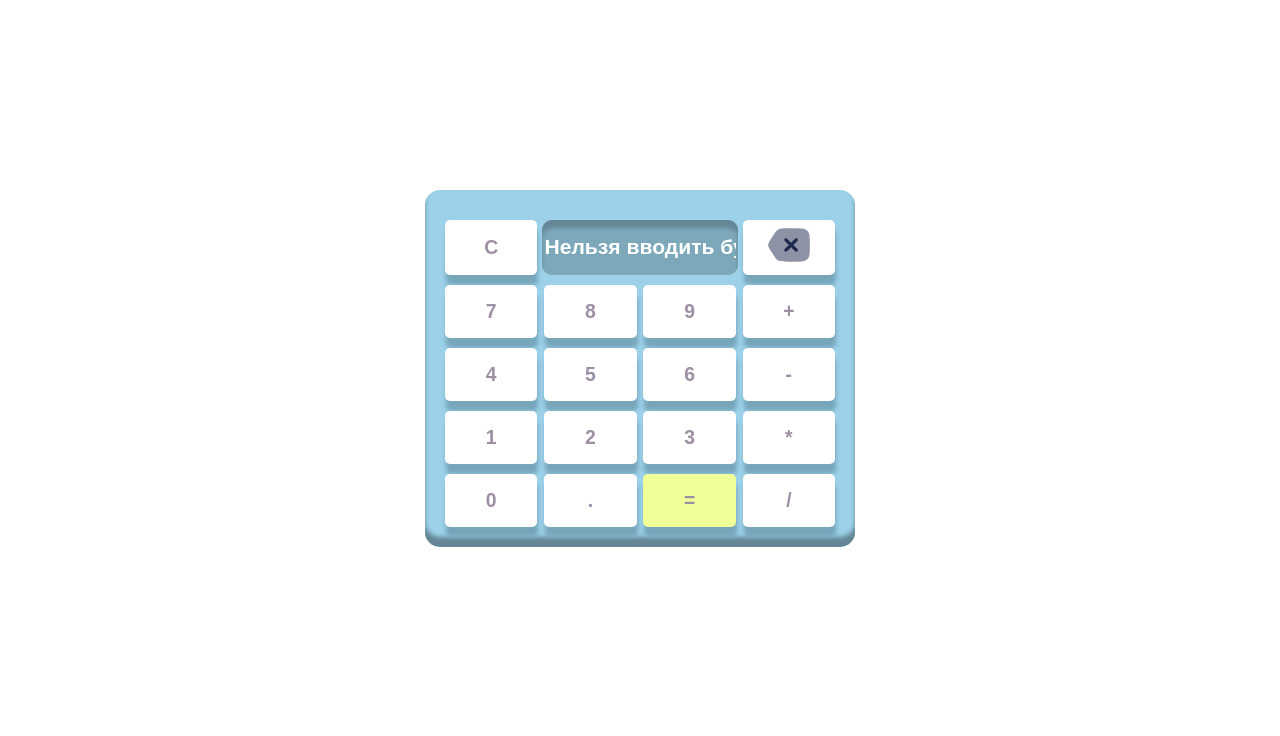
Repository: sem1103/calculator
Page: index.html
The author's editor kept a copy of each file at every save. The page is drawn from the files as they stood at one save, then again after the next save.
The browser window is 1280 px wide. The pictures show the whole page.
Empty fields were first filled with sample values (such as "Sample", 5 or name@example.com).
After loading, the first visible `#display` was changed once.

Above is the page before, as saved 2023-11-02 15:29:20.

### index.html
<!DOCTYPE html>
<html lang="en">

<head>
    <meta charset="UTF-8">
    <meta name="viewport" content="width=device-width, initial-scale=1.0">
    <title>Calc</title>
    <style>
        * {
            box-sizing: border-box;
            font: bold 1.1rem arial;
        }

        .calc__container {
            display: flex;
            justify-content: center;
            height: 100vh;
            align-items: center;
        }

        .calc__wrapper {
            max-width: 900px;
            background-color: #9cd1e9;
            padding: 20px;
            border-radius: 15px;
            box-shadow: inset 0px -10px 4px #658695;
        }

        .calc__display {
            box-shadow: inset 0px 8px 4px 0px #658695;
            background-color: #7da8ba;
            width: 50%;
            border-radius: 10px;
            border: 0;
            outline: 0;
            text-align: right;
            font-size: 1.2rem;
            color: #fff;
        }

        .calc__main,
        .calc__header {
            display: flex;
            flex-direction: row;
            flex-wrap: wrap;
            justify-content: space-between;
            row-gap: 10px;
            column-gap: 5px;

        }

        .calc__header {
            margin: 10px 0;
        }

        .sum {
            background-color: #f1ff98;
        }

        button {
            padding: 15px 5px;
            text-align: center;
            background-color: #fff;
            box-shadow: 1px 10px 4px #77a6bb;
            flex-basis: calc(25% - 5px);
            border: 0;
            border-radius: 5px;
            cursor: pointer;
            color: #9d8fa4;
            transition: all .1s ease-in-out;
        }

        button:active {
            box-shadow: 1px 0 4px #77a6bb;
            transform: translate(0, 3px);
        }

        button:hover {
            background-color: #d1d1d1;
        }

        .active {
            box-shadow: 1px 0 4px #77a6bb;
            transform: translate(0, 3px);
            background-color: #d1d1d1;
        }

        .backspace {
            padding: 0;
        }

        .little__font {
            font-size: .7rem;
        }
    </style>
</head>

<body>
    <div class="calc__container">
        <div class="calc__wrapper">
            <div class="calc__header">
                <button onclick="clearDisplay()">C</button>
                <input id="display" class="calc__display" type="text" placeholder="0" oninput="setValueHandle(this)">

                </input>
                <button class="backspace" onclick="backspace()" data-key="Backspace">
                    <svg width="50px" viewBox="0 0 24 24" fill="none" xmlns="http://www.w3.org/2000/svg">
                        <path opacity="0.5"
                            d="M6.87114 19.4986C7.80085 20 8.91458 20 11.142 20H13.779C17.6544 20 19.5921 20 20.7961 18.8284C22 17.6569 22 15.7712 22 12C22 8.22876 22 6.34315 20.7961 5.17157C19.5921 4 17.6544 4 13.779 4H11.142C8.91458 4 7.80085 4 6.87114 4.50143C5.94144 5.00286 5.35117 5.92191 4.17061 7.76001L3.48981 8.82001C2.4966 10.3664 2 11.1396 2 12C2 12.8604 2.4966 13.6336 3.48981 15.18L4.17061 16.24C5.35117 18.0781 5.94144 18.9971 6.87114 19.4986Z"
                            fill="#1C274C" />
                        <path
                            d="M11.0303 8.96967C10.7374 8.67678 10.2626 8.67678 9.96967 8.96967C9.67678 9.26256 9.67678 9.73744 9.96967 10.0303L11.9394 12L9.96969 13.9697C9.6768 14.2626 9.6768 14.7374 9.96969 15.0303C10.2626 15.3232 10.7375 15.3232 11.0304 15.0303L13 13.0607L14.9696 15.0303C15.2625 15.3232 15.7374 15.3232 16.0303 15.0303C16.3232 14.7374 16.3232 14.2625 16.0303 13.9697L14.0607 12L16.0303 10.0304C16.3232 9.73746 16.3232 9.26258 16.0303 8.96969C15.7374 8.6768 15.2626 8.6768 14.9697 8.96969L13 10.9394L11.0303 8.96967Z"
                            fill="#1C274C" />
                    </svg>
                </button>
            </div>
            <div class="calc__main">
                <button onkeydown="test(this)" onclick="setValueHandle(this)">7</button>
                <button onclick="setValueHandle(this)">8</button>
                <button onclick="setValueHandle(this)">9</button>
                <button onclick="setValueHandle(this)">+</button>
                <button onclick="setValueHandle(this)">4</button>
                <button onclick="setValueHandle(this)">5</button>
                <button onclick="setValueHandle(this)">6</button>
                <button onclick="setValueHandle(this)">-</button>
                <button onclick="setValueHandle(this)">1</button>
                <button onclick="setValueHandle(this)">2</button>
                <button onclick="setValueHandle(this)">3</button>
                <button onclick="setValueHandle(this)">*</button>
                <button onclick="setValueHandle(this)">0</button>
                <button onclick="setValueHandle(this)">.</button>
                <button onclick="calcSumm()" class="sum" data-key="Enter">=</button>
                <button onclick="setValueHandle(this)">/</button>
            </div>
        </div>
    </div>


    <script>
        let calcDisplay = document.getElementById('display');
        let buttons = document.querySelectorAll('button');

        function setValueHandle(e) {
            calcDisplay.classList.remove('little__font');
            if (/[a-zA-Zа-яА-ЯёЁ]/.test(calcDisplay.value)) {
                calcDisplay.classList.remove('little__font');
                calcDisplay.value = 'Нельзя вводить буквы!';
                return;
            } else if (/\b0+\d+/.test(calcDisplay.value) || /^[+\*/]/.test(calcDisplay.value)) {
                calcDisplay.value = 'Ошибка!';
                return;
            }
            calcDisplay.value += e.innerHTML;
        }

        function clearDisplay() {
            calcDisplay.classList.remove('little__font');
            calcDisplay.value = '';
        }

        function calcSumm() {
            let value = calcDisplay.value;


            value = value.replace(/\s/g, '');
            let operators = value.split('').filter(item => {
                if (item == '+' || item == '-' || item == '*' || item == '/') return item;
            })
            let numbers = value.split(/[+\-*/]/);
            let result = +numbers[0];

            // console.log(operators);
            // console.log(numbers);
            if (numbers[numbers.length - 1] == '') {
                calcDisplay.classList.add('little__font');
                calcDisplay.value = 'Ошибка!';
                return;
            } else if (/[\+\-\*\/]{2,}/.test(calcDisplay.value)) {
                calcDisplay.classList.add('little__font');
                calcDisplay.value = 'Два математических операций!';
                return;
            }



            operators.forEach((item, index) => {
                if (item == '+') {
                    result += +numbers[index + 1]
                } else if (item == '-') {
                    result -= numbers[index + 1]
                } else if (item == '/') {
                    if (+numbers[index + 1] === 0) {
                        calcDisplay.classList.add('little__font');
                        calcDisplay.value = 'На ноль делить нельзя!!';
                        throw new Error('infiniti');
                    } else result /= numbers[index + 1];

                } else result *= numbers[index + 1]
            });
            calcDisplay.value = result;

        }

        function backspace() {
            calcDisplay.value = calcDisplay.value.slice(0, -1)
        }


        document.body.addEventListener('keydown', (e) => {
            console.log(e);
            if (e.key >= 0 && e.key <= 9 || ['+', '-', '*', '/', '.'].includes(e.key) || e.key == 'Enter' || e.key == 'Backspace') {
                for(let i = 0; i < buttons.length; i++){

                }

                buttons.forEach(item => {
                    console.log(item.dataset.key);
                    console.log(e.key);
                    if(item.dataset.key == e.key & e.key == 'Enter'){
                        calcSumm();
                        showClickButton(item);
                    }
                    else if(item.dataset.key == e.key & e.key == 'Backspace'){
                        console.log(1);
                        backspace();
                        showClickButton(item);
                    }
                    else if (item.innerHTML == e.key) {
                        setValueHandle(item);
                        showClickButton(item);
                    }

                })
            }
        });

        function showClickButton(item) {
            item.classList.add('active');
            item.addEventListener('transitionend', () => {
                item.classList.remove('active')
            })
        }
    </script>
</body>

</html>

After the next save:
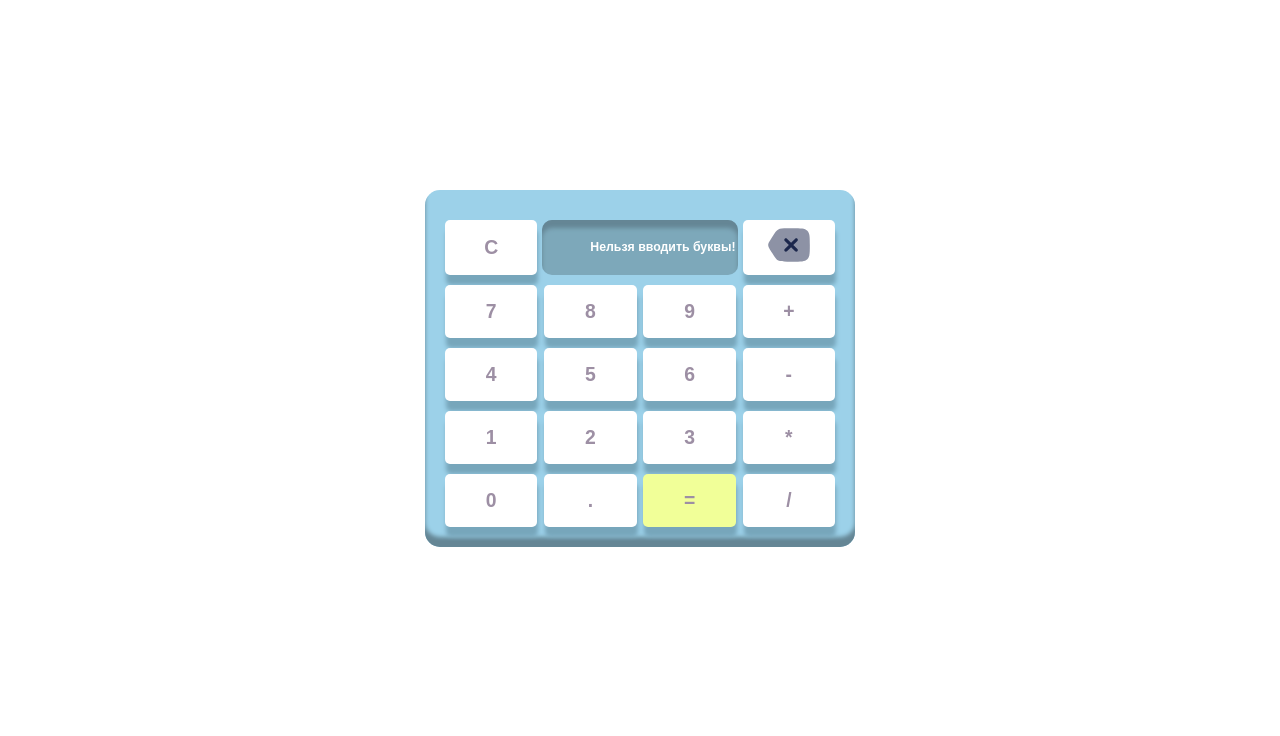
Saved 20 s later.
--- a/index.html
+++ b/index.html
@@ -143,7 +143,7 @@
         function setValueHandle(e) {
             calcDisplay.classList.remove('little__font');
             if (/[a-zA-Zа-яА-ЯёЁ]/.test(calcDisplay.value)) {
-                calcDisplay.classList.remove('little__font');
+                calcDisplay.classList.add('little__font');
                 calcDisplay.value = 'Нельзя вводить буквы!';
                 return;
             } else if (/\b0+\d+/.test(calcDisplay.value) || /^[+\*/]/.test(calcDisplay.value)) {

After the save that followed:
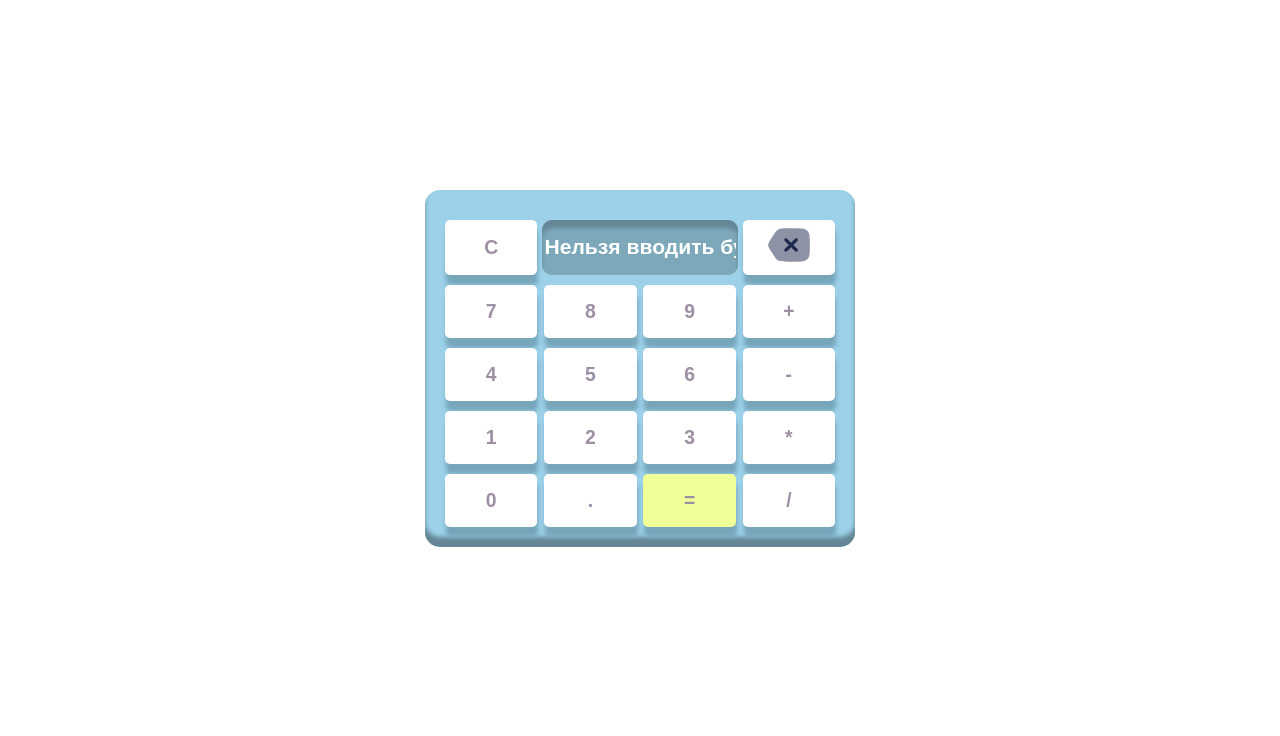
Saved 56 s later.
--- a/index.html
+++ b/index.html
@@ -143,7 +143,7 @@
         function setValueHandle(e) {
             calcDisplay.classList.remove('little__font');
             if (/[a-zA-Zа-яА-ЯёЁ]/.test(calcDisplay.value)) {
-                calcDisplay.classList.add('little__font');
+                //calcDisplay.classList.add('little__font');
                 calcDisplay.value = 'Нельзя вводить буквы!';
                 return;
             } else if (/\b0+\d+/.test(calcDisplay.value) || /^[+\*/]/.test(calcDisplay.value)) {
